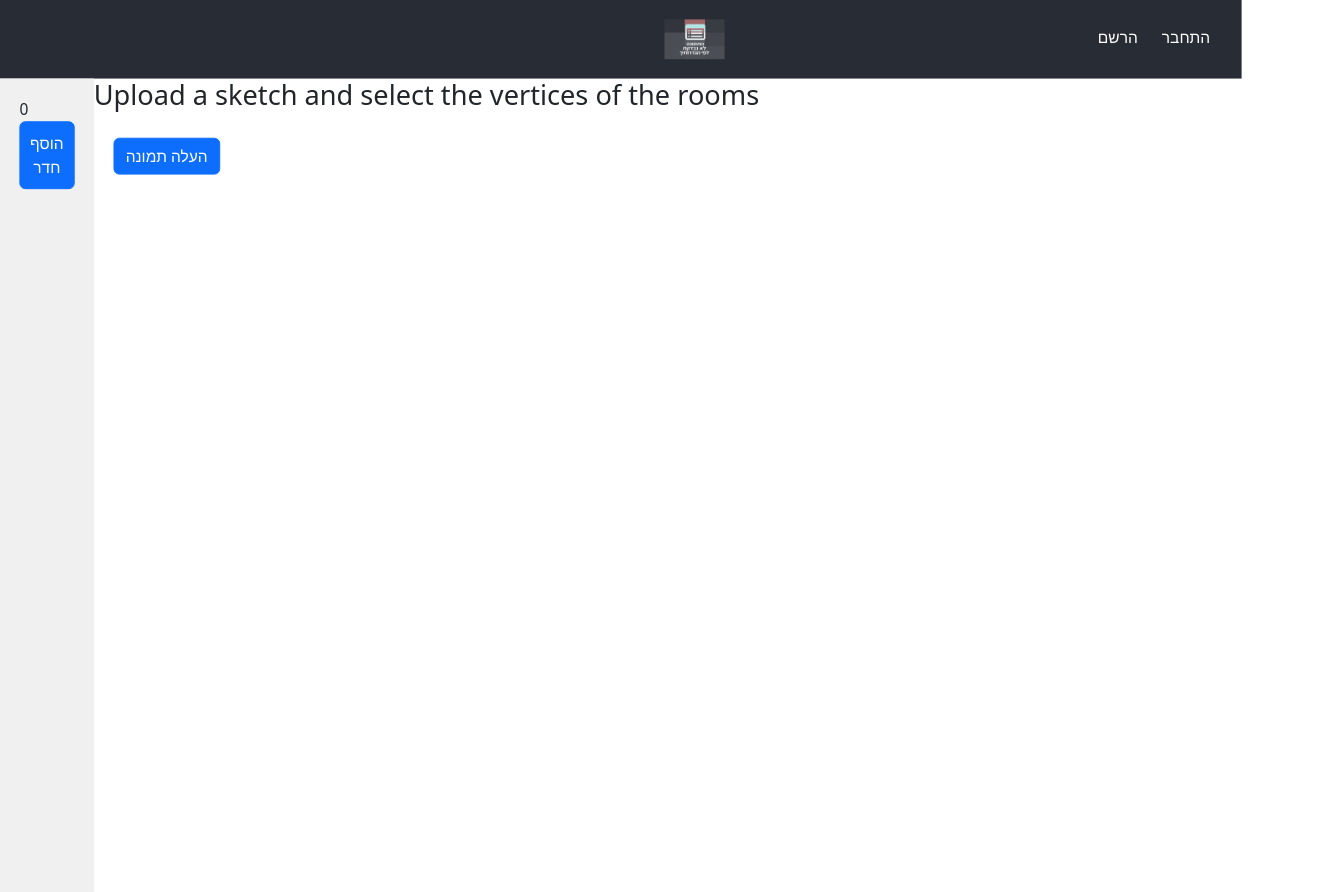
Repository: TamarHolzer/TamarHolzer-security_camera_project_client
Page: /optimal-coordinates
The author's editor kept a copy of each file at every save. The page is drawn from the files as they stood at one save, then again after the next save.
The browser window is 1280 px wide. The page is 1377 px wide, then 1381 px, so the pictures cover 1381 px, including what lies to the right of the window. The pictures show the whole page, at 97% of full size.
The page's requests for data from a server got no answer. The project was rebuilt for these pictures with package versions that can differ from the ones it lists, and the page was loaded fresh each time. No one was signed in, and anything a server would have sent is missing. Also part of the build but not shown: src/components/Login.js, src/pages/Home.js, src/components/ShowPlan.js, src/components/HistpryPlanning.js.

Above is the page before, as saved 2024-07-05 00:43:27.

### src/App.js
import './App.css';
import Header from './components/Header'
import Login from './components/Login';
import { BrowserRouter } from "react-router-dom";
import Home from './pages/Home';
import { Routes, Route } from "react-router-dom";
import Xy_click from './components/Xy_click';
import HistoryPlanning from './components/HistpryPlanning';


function App() {
  return (
    <BrowserRouter>
      <div className="App">
        <Header />

      </div>
      <Routes>
        <Route path="/login" element={<Login />} />
        <Route path="/sign-up" element={<Login />} />
        <Route path="/optimal-coordinates" element={<Xy_click />} />
        <Route path="/history-planning" element={<HistoryPlanning />} />
        <Route path="*" element={<Home />} />
      </Routes>
    </BrowserRouter>
  );
}

export default App;

### src/App.css
.App {
  text-align: center;
}

.App-logo {
  height: 40vmin;
  pointer-events: none;
}

@media (prefers-reduced-motion: no-preference) {
  .App-logo {
    animation: App-logo-spin infinite 20s linear;
  }
}

.App-header {
  background-color: #282c34;
  min-height: 100vh;
  display: flex;
  flex-direction: column;
  align-items: center;
  justify-content: center;
  font-size: calc(10px + 2vmin);
  color: white;
}

.App-link {
  color: #61dafb;
}

@keyframes App-logo-spin {
  from {
    transform: rotate(0deg);
  }
  to {
    transform: rotate(360deg);
  }
}

/*
.image-container {
  display: inline-block;
  position: relative;
}

.clickable-image {
  max-width: 100%;
  height: auto;
  cursor: pointer;
} */

### src/components/Header.js
import React from 'react';
import '../css/Header.css';
import logo from '../pics/ללוגו-removebg-preview.png'
import { Link } from 'react-router-dom';

const Header = () => {
  return (

    <header className="header">
      <nav>
        <Link to="/">
          <img src={logo} width="5%" alt="My Website Logo" className="logo" />
        </Link>
        {!sessionStorage.getItem('user') && <>
          <Link className='linkHeader' to="/login">התחבר</Link>
          <Link className='linkHeader' to="/sign-up">הרשם</Link></>}
        {sessionStorage.getItem('user')&&<>
        <Link className='linkHeader' to="/optimal-coordinates">תכנון מצלמות</Link>
        <Link className='linkHeader' to="/history-planning">הסטוריית תכנונים</Link>
        </>}
      </nav>
    </header>
  );
};

export default Header;

### src/components/Xy_click.js

import React, { useEffect, useState } from "react";
import "../css/points.css";
import axios from "axios";
import UploadImage from "./UploadImage";
import { Button } from "react-bootstrap";
import "bootstrap/dist/css/bootstrap.min.css";
import { FaRegTrashAlt } from "react-icons/fa";

function Xy_click() {
  const [coordinates, setCoordinates] = useState([]);
  const [rooms, setRooms] = useState([]);
  const [uploadImage, setUploadImage] = useState(false);
  const [imageURL, setImageURL] = useState(null);

  const handleImageClick = (x, y) => {
    setCoordinates([...coordinates, { x, y }]);
  };

  useEffect(() => {
//   alert(`משתמש יקר!\n
// עליך להעלות שרטוט אדריכלי של הבית בו אתה מעוניין להתקין מצלמות אבטחה.\n
// עם העכבר עליך לסמן בכל חדר את הקודקודים שלו,\n
// במידה ואתה מעוניין למחוק קודקוד, תוכל להקיש על סימן ה"אשפה" ברשימת הקודקודים שבתחתית הדף\n
// לאחר כל חדר יש להקיש על "הוסף חדר"\n
// בסיום-לחץ על הכפתור "שלח"`);
},[])
  const sendList = () => {
    setUploadImage(true);
    // Calculate the ratio
    const x1 = 658;
    const x2 = 369;
    const deltaX = Math.abs(x1 - x2);
    const ratio = 6.10 / deltaX; // meters per pixel

    // Convert coordinates to meters
    const convertToMeters = (points, ratio) => {
      return points.map(point => ({
        x: point.x * ratio,
        y: point.y * ratio
      }));
    };

    const roomsInMeters = rooms.map(room => convertToMeters(room, ratio));

    axios
      .post("http://127.0.0.1:5000/cover_apartment_by_cameras", {
        userId: sessionStorage.getItem("userId") || 1,
        rooms: rooms,
        imageURL: imageURL,
      })
      .then((res) => {
        console.log(res.data);
        setCoordinates(res.data.optimalCoordinates);

      })
      .catch((err) => {
        console.log(err);
      });
  };

  const addRoom = () => {
    setRooms([...rooms, coordinates]);
    setCoordinates([]); // Reset coordinates
  };

  const removePoint = (i) => {
    const newCoordinates = coordinates.filter((_, index) => index !== i);
    setCoordinates(newCoordinates);
  };

  return (
    <div className="page-wrapper">
      <div className="sidebar">
      {rooms.length && (
        <Button className="buttons" as="a" variant="primary" onClick={sendList}>
          שלח
        </Button>
      )}
      <Button as="a" variant="primary" onClick={addRoom}>
        הוסף חדר
      </Button>
        {coordinates.length > 0 && (
          <div id="coordinates">
            <h3>Coordinates:</h3>
            <ul>
              {coordinates.map((coord, index) => (
                <li key={index} onClick={() => removePoint(index)}>
                  X: {coord.x}, Y: {coord.y}
                  <FaRegTrashAlt />
                </li>
              ))}
            </ul>
          </div>
        )}
      </div>
      <div className="page-content">
      <h3>Upload a sketch and select the vertices of the rooms</h3>
      <div className="image-container">
        <UploadImage
          saveClick={handleImageClick}
          coordinates={coordinates}
          uploadImage={uploadImage}
          setImageURL={setImageURL}
        />
      </div>

      </div>

    </div>
  );
}

export default Xy_click;

### src/css/Header.css
.header {
    background-color: #282c34;
    padding: 20px;
    color: white;
        text-align: right;
  }

  .header nav ul {
    list-style: none;
    padding: 0;
  }

  .header nav ul li {
    display: inline;
    margin: 0 10px;

  }

  .header nav ul li a .linkHeader{
    color: white;
    text-decoration: none;
  }
  .linkHeader{
    color: white;
      text-decoration: none;
      padding: 1%;
  }
  .linkHeader:hover{
    text-decoration: overline !important;
    color: red;
  }

.logo{
  margin-right: 30%;
}

### src/css/inputs.css
 .formInput{
    background-color: black;
    height: 100%;
    width: 60%;
    padding: 15%;
    opacity: 0.5;
    color: aliceblue
 }

 .bodyLogin{
    background-image: url("https://img.freepik.com/premium-photo/cctv-tool-twilight-sky-backgroundequipment-security-systems_1048944-29063872.jpg?w=740");

        /* Full height */
        height: 100%;

        /* Center and scale the image nicely */
        background-position: top;
        background-repeat: no-repeat;
        background-size: cover;
 }
 .homeImg {
    vertical-align: middle;
    width: 100%;
    height: 100%;
    position: relative;
    overflow: hidden;
    position: fixed;
 }
 .card{
   margin: 1%;
 }

 .img{
   padding: 0%;
 }

### src/css/points.css

 body,
 html,
 .App,
 .image-container,
 img {
     margin: 0;
     padding: 0;
 }
.img{
    pointer-events: none;
    width: 100%;
        height: 100%;
}
 .container {
     width: 100%;
     height: 100%;
     display: flex;
     flex-direction: column;
     justify-content: center;
     align-items: center;
 }

 .ClickableSVG {

    position: relative;
        width: 100vw;
        height: 100vh
 }

 .ClickableSVG circle {
     fill: red;
     stroke: black;
     stroke-width: 1;
 }
 .buttons{
    margin: 2px;
    background-color: red;
 }
.page-wrapper{
    display: flex;

}
.sidebar{
    width: 25vh;
    max-width: 220px;
    background-color: #f0f0f0;
    padding: 20px;
}
.sidebar .btn{
    width: 100%;
    padding: 10px;
}
.page-content{
    flex-grow: 2;
}

### src/components/UploadImage.js
import React, { useState, useEffect } from "react";
import "../css/points.css";
import uploadImageToStorage from "../firebase/uploadImageToStorage";

function UploadImage(props) {
  const { coordinates } = props;
  const [image, setImage] = useState(null);
  const [imageFile, setImageFile] = useState(null);
  const [circles, setCircles] = useState([]);

  const getClickCoords = (event) => {
    const rect = event.target.getBoundingClientRect();
    const x = event.clientX - rect.left;
    const y = event.clientY - rect.top;
    props.saveClick(x, y);
    return [x, y];
  };

  useEffect(() => {
    const newCircles = coordinates.map((coord, index) => (
      <circle
        key={index}
        cx={coord.x}
        cy={coord.y}
        r="5"
        stroke="black"
        strokeWidth="1"
        fill="red"
      />
    ));
    setCircles(newCircles);
  }, [coordinates]);

  const handleImageUpload = (event) => {
    const file = event.target.files[0];
    const reader = new FileReader();

    reader.onloadend = () => {
      setImage(reader.result);
      setImageFile(file);
    };

    if (file) {
      reader.readAsDataURL(file);
    }
  };

  useEffect(() => {
    if (props.uploadImage) {
      props.setImageURL(uploadImageToStorage(imageFile));
    }
  }, [props.uploadImage]);

  return (
    <div>
      <input
        id="fileInput"
        type="file"
        accept="image/*"
        onChange={handleImageUpload}
        style={{ display: "none" }}
      />
      <button
        className="btn btn-primary"
        onClick={() => document.getElementById("fileInput").click()}
        style={{ margin: "20px", right: "3px" }}
      >
        העלה תמונה
      </button>
      <svg
        onClick={(event) => {
          const [x, y] = getClickCoords(event);
          props.saveClick(x, y);
        }}
        className="ClickableSVG"
        width="100%"
      >
        <image
          href={image}
          width="100%"
          height="100%"
          className="img"

        />
        {circles}
      </svg>
    </div>
  );
}

export default UploadImage;

### src/firebase/uploadImageToStorage.js

import { storage } from "./settingFirebase";
import {ref, uploadBytes, getDownloadURL } from "firebase/storage";

export default function uploadImageToStorage(imageFile){
  if (imageFile) {
    const storageRef = ref(storage, `images/${imageFile.name}`);
    uploadBytes(storageRef, imageFile).then((snapshot) => {
      getDownloadURL(snapshot.ref).then((url) => {
        console.log(url);
        /**Send the URL's image to Xy_click for save in the DB */
        return url;
      }).catch(err=>console.log(err));
    });
  }
};

### src/firebase/settingFirebase.js
// Import the functions you need from the SDKs you need
import { initializeApp } from "firebase/app";
import { getAnalytics } from "firebase/analytics";
import { getStorage } from "firebase/storage";
// TODO: Add SDKs for Firebase products that you want to use
// https://firebase.google.com/docs/web/setup#available-libraries

// Your web app's Firebase configuration
// For Firebase JS SDK v7.20.0 and later, measurementId is optional
const firebaseConfig = {
  apiKey: "AIzaSyDUx2X5aZ5ZWY28Ja9fD8S8KJ2ccwbMSps",
  authDomain: "security-camera-project-14bd8.firebaseapp.com",
  projectId: "security-camera-project-14bd8",
  storageBucket: "security-camera-project-14bd8.appspot.com",
  messagingSenderId: "678601442014",
  appId: "1:678601442014:web:e666af81d2a323c315384f",
  measurementId: "G-F39ZQS0G7P",
};

// Initialize Firebase
const app = initializeApp(firebaseConfig);
const analytics = getAnalytics(app);
export const storage = getStorage(app);

Loaded but not shown: public/index.html (common file); src/index.js (common file); src/index.css (common file); src/reportWebVitals.js (common file)

After the next save:
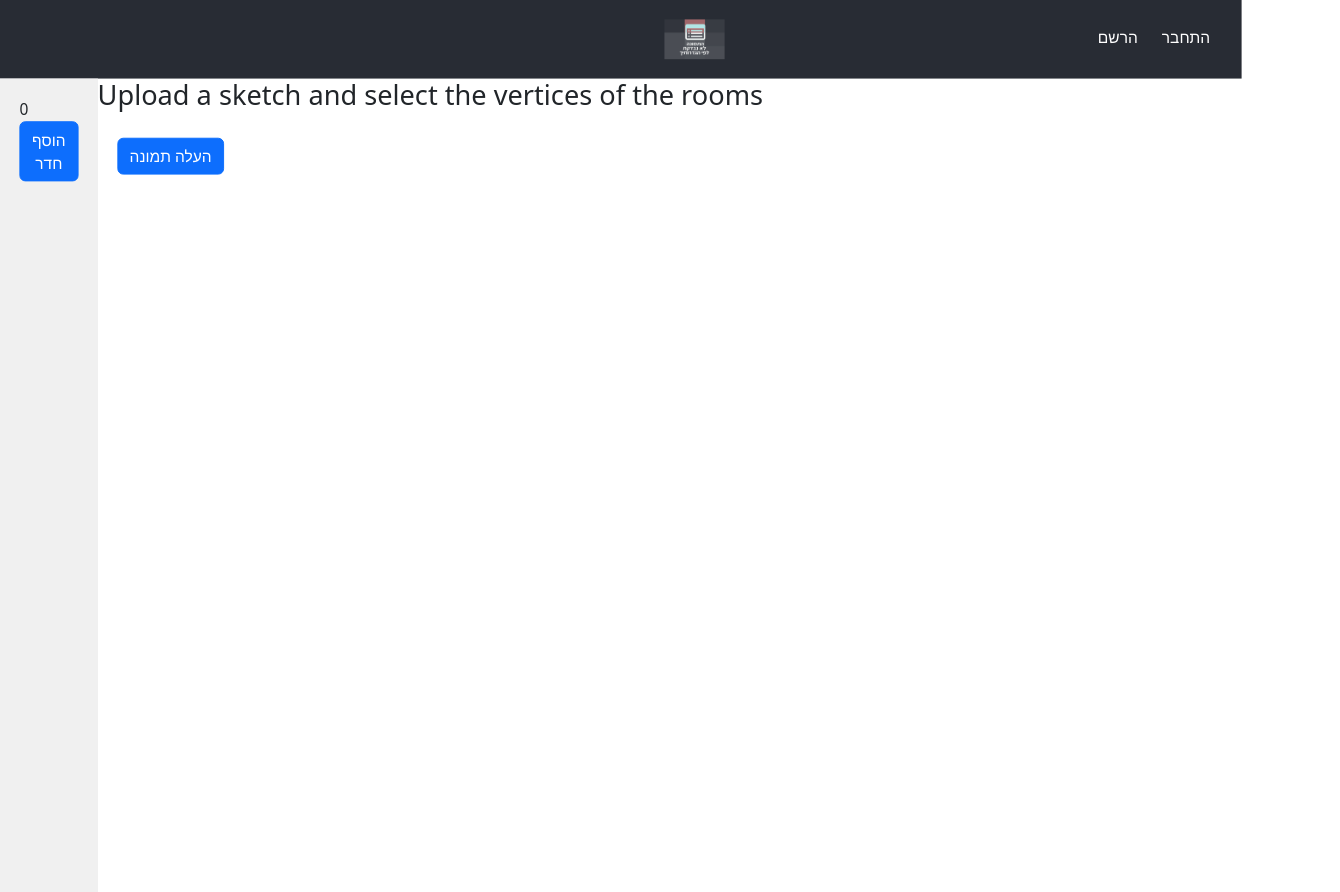
Saved 22 s later.
--- a/src/css/points.css
+++ b/src/css/points.css
@@ -49,7 +49,8 @@
 }
 .sidebar .btn{
     width: 100%;
-    padding: 10px;
+    /* padding: 10px; */
+    margin-bottom: 10px;
 }
 .page-content{
     flex-grow: 2;
